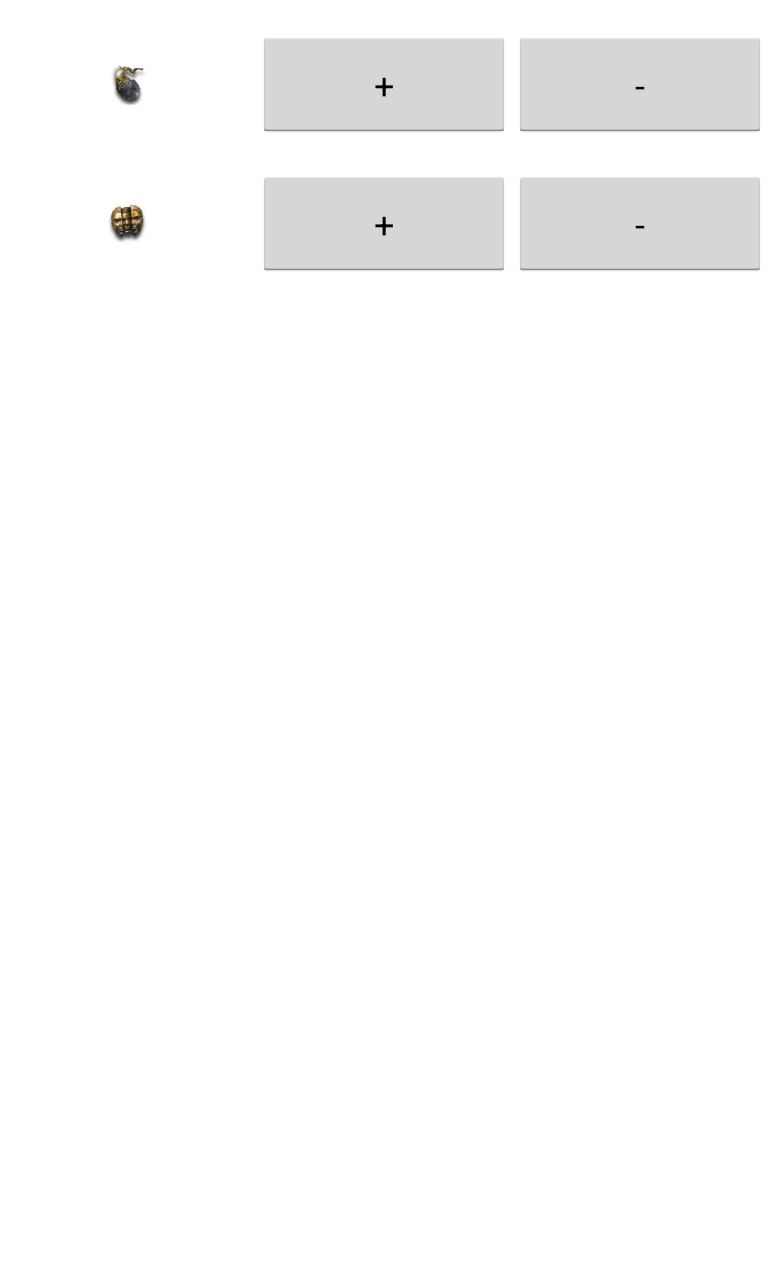
Repository: erictoddhagen/StartingAndriod
Layout: MyFirstApp/OrbTradeTracker/res/layout/activity_main.xml
The author's editor kept a copy of each file at every save. The layout is drawn from the files as they stood at one save, then again after the next save.
It is drawn on a 768 x 1280 px phone screen (xhdpi) without system bars, with theme AppTheme; the app's code is not run.

Above is the layout before, as saved 2013-02-03 19:57:07.

After the next save:
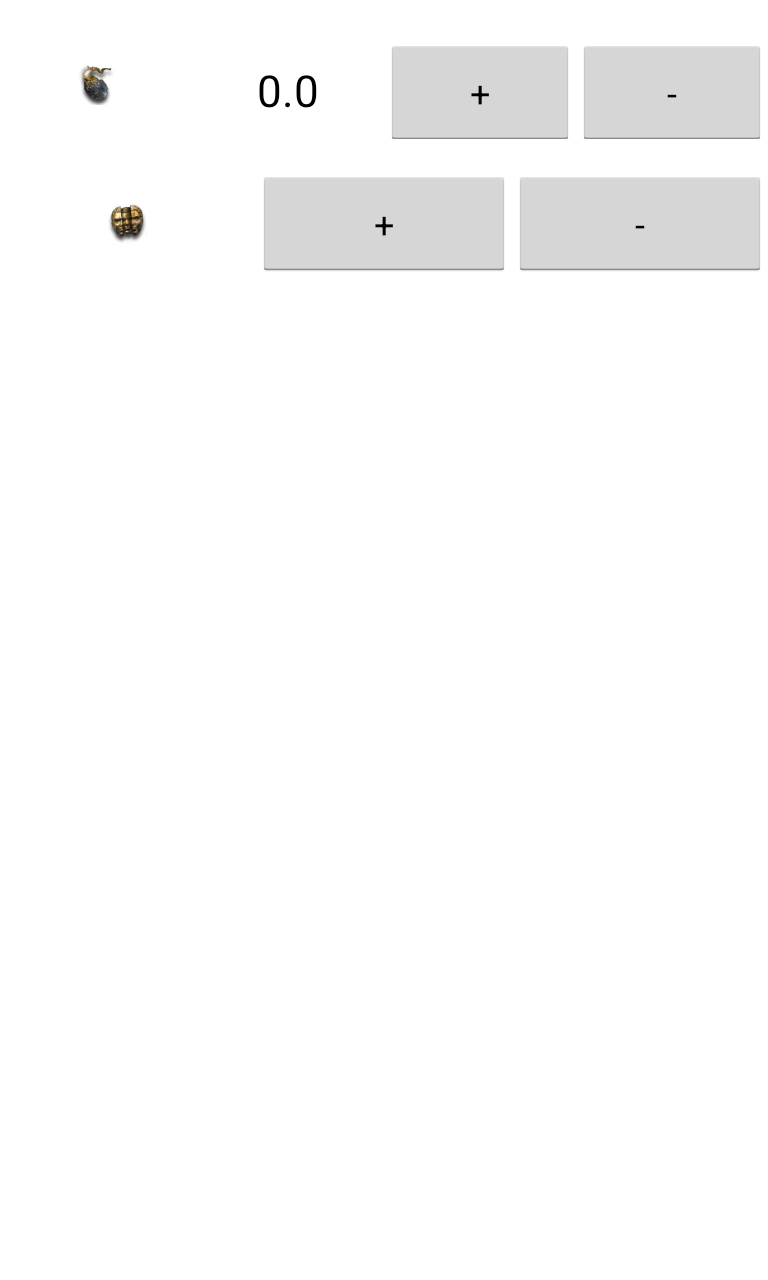
Saved 88 s later.
--- a/MyFirstApp/OrbTradeTracker/res/layout/activity_main.xml
+++ b/MyFirstApp/OrbTradeTracker/res/layout/activity_main.xml
@@ -17,6 +17,16 @@
         android:padding="15dip" android:layout_weight="1" android:gravity="center"
         android:src="@drawable/alchemy" />
 
+
+    <TextView
+        android:id="@+id/alchTextView"
+        android:layout_width="fill_parent"
+        android:layout_height="fill_parent"
+        android:text="0.0"
+        android:padding="15dip"
+        android:layout_weight="1"
+        android:gravity="center"
+        android:textAppearance="?android:attr/textAppearanceLarge" />
 
     <Button
         android:id="@+id/alchButtonAdd"
